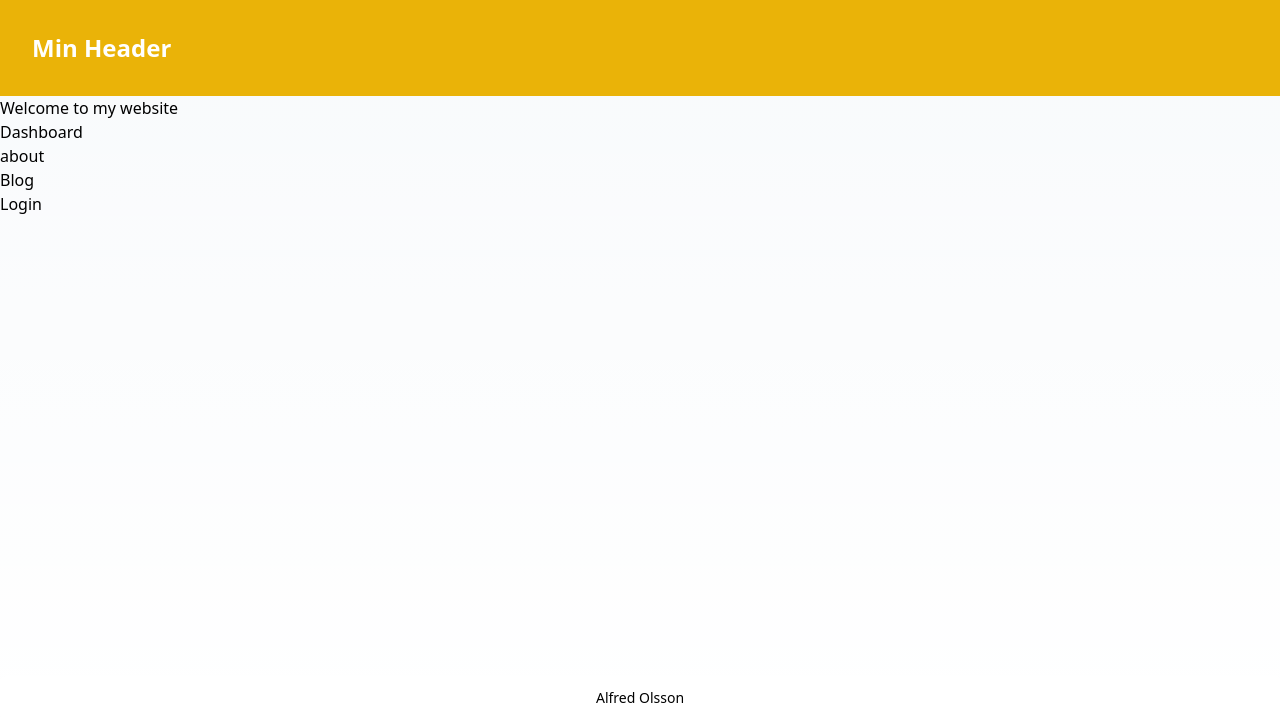
Repository: AlligatorAffe/NextWebsite
Page: /
These files come from the project's save history. The page is drawn as it stood at one moment and after the next save; the edit follows.
The browser window is 1280 px wide. The pictures show the whole page.
The project was rebuilt for these pictures with package versions that can differ from the ones it lists, and the page was loaded fresh each time. The framework's server and built-in components were replaced by stand-ins that run in the browser. Also part of the build but not shown: next.config.js.

Above is the page before, as saved 2024-01-04 21:36:12.

### app/layout.tsx
import './globals.css'
import { Metadata } from 'next'





export const metadata: Metadata = {
  title: 'My webbpage',
  description: 'Welcome to Next.js',
}

/**
 *
 *
 *
 *
 *
 *

const inter = Inter({ subsets: ['latin'] })

export const metadata: Metadata = {
  title: 'Create Next App',
  description: 'Generated by create next app',
}

export default function RootLayout({
  children,
}: {
  children: React.ReactNode
}) {
  return (
    <html lang="en">
      <body>{children}</body>
    </html>
  )
}

 */

export default function RootLayout({
  // Layouts must accept a children prop.
  // This will be populated with nested layouts or pages
  children,
}: {
  children: React.ReactNode
}) {
  return (
    <html lang="en">
      <body className="flex flex-col min-h-screen bg-slate-50 text-black">
        <div className="flex-grow">
          <header className="bg-yellow-500 p-8">
            <h1 className="text-2xl font-bold text-white">Min Header</h1>
          </header>
          <nav  className="bg-white rounded-s "></nav>
          {children}
        </div>
        <footer className="bg-white rounded-md p-3">
          <h3 className="text-black text-center text-sm font-medium">Alfred Olsson</h3>
        </footer>
      </body>
    </html>

  )
}

### app/template.tsx



export default function Template({ children }: { children: React.ReactNode }) {
    return <div>{children}</div>
  }

### app/page.tsx
import Image from 'next/image'
import { Metadata } from 'next'
import Link from 'next/link'

/*
export default function Page() {
  return <div >
      <h1 >
        Welcome to my website
      </h1>
    </div>

}
*/


export const metadata: Metadata = {
  title: 'My Page Title',
}

export default function Page() {
  return <div >
  <h1 >
    Welcome to my website
  </h1>
  <p>   <Link href="/dashboard">Dashboard</Link></p>
  <p>   <Link href="/about">about</Link></p>
  <p>   <Link href="/blogpost">Blog</Link></p>
  <p>   <Link href="/login">Login</Link></p>
</div>
}

Loaded but not shown: app/globals.css (common file); tailwind.config.ts (common file)

After the next save:
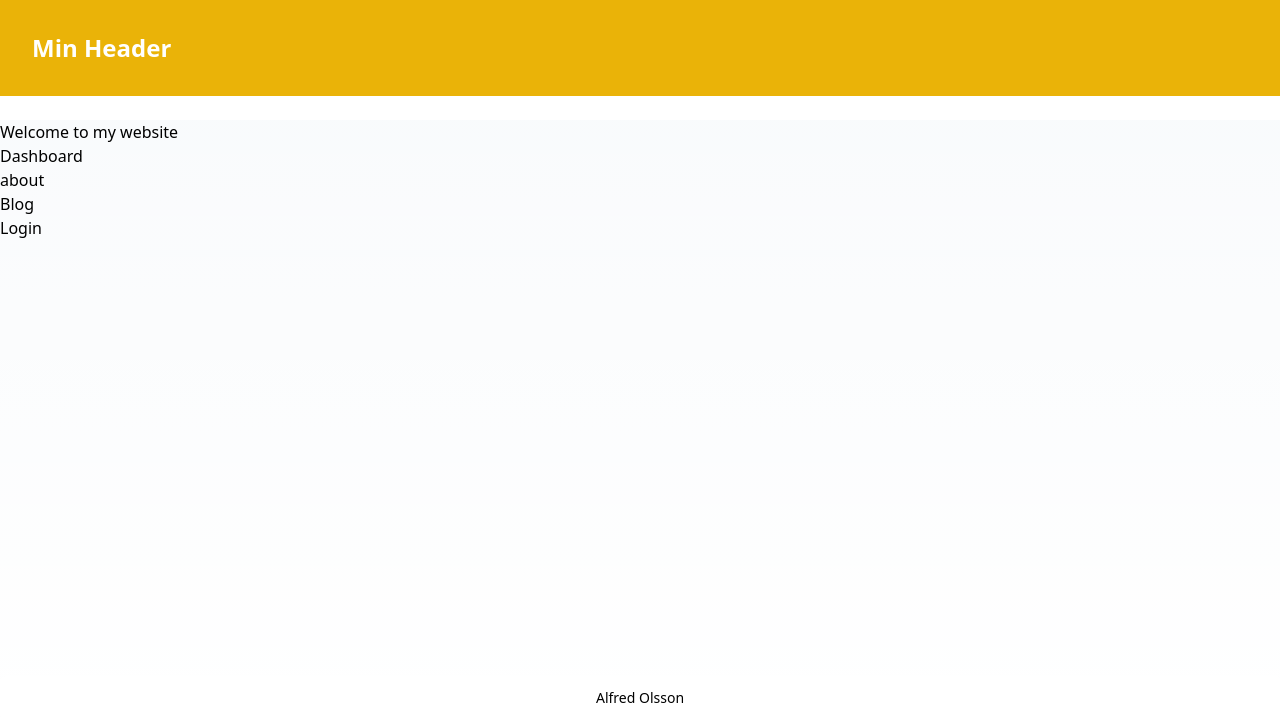
Saved 42 s later.
--- a/app/layout.tsx
+++ b/app/layout.tsx
@@ -53,7 +53,7 @@ export default function RootLayout({
           <header className="bg-yellow-500 p-8">
             <h1 className="text-2xl font-bold text-white">Min Header</h1>
           </header>
-          <nav  className="bg-white rounded-s "></nav>
+          <nav className="bg-white p-3"></nav>
           {children}
         </div>
         <footer className="bg-white rounded-md p-3">
